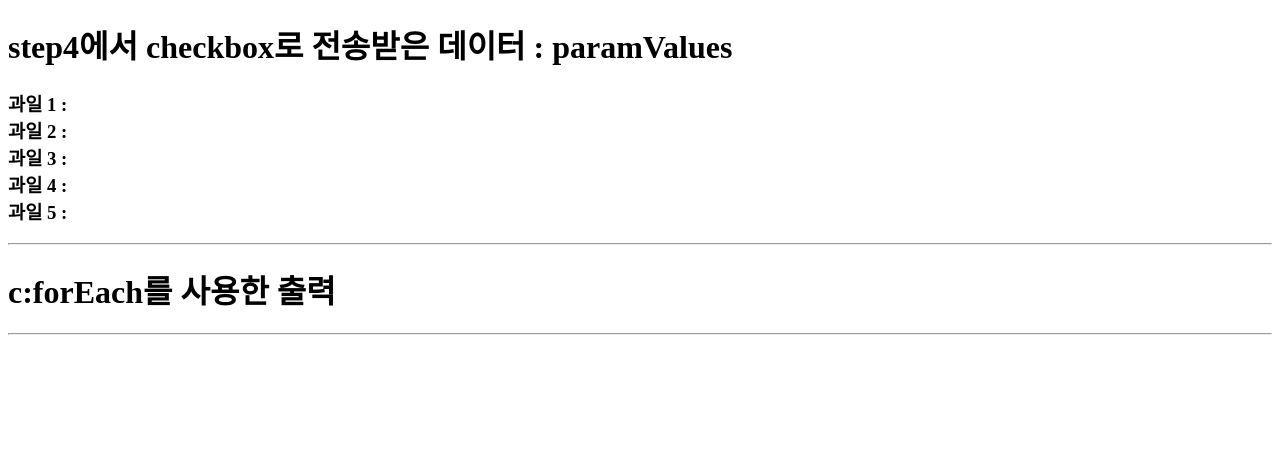
Repository: HaeunOh/study
Page: http://localhost/jstl_study/step-5.jsp
The author's editor kept a copy of each file at every save. The page is drawn from the files as they stood at one save, then again after the next save.
The browser window is 1280 px wide. The pictures show the whole page.
The page is served by Tomcat 9.

Above is the page before, as saved 2024-04-11 04:03:01.

After the next save:
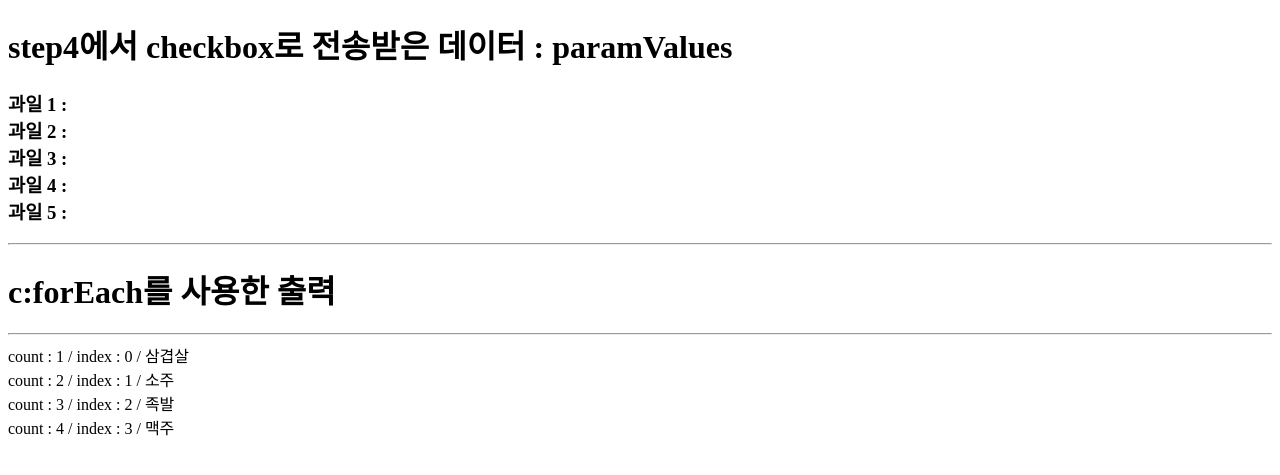
Saved 39 s later.
--- a/_jstl_workspace/jstl_study/src/main/webapp/step-5.jsp
+++ b/_jstl_workspace/jstl_study/src/main/webapp/step-5.jsp
@@ -35,7 +35,7 @@
 	%>
 
 	<c:forEach items="${requestScope.fr }" var="fname" varStatus="i">
-
+		count : ${i.count } / index : ${i.index } / ${fname } <br>
 	</c:forEach>
 
 </body>
